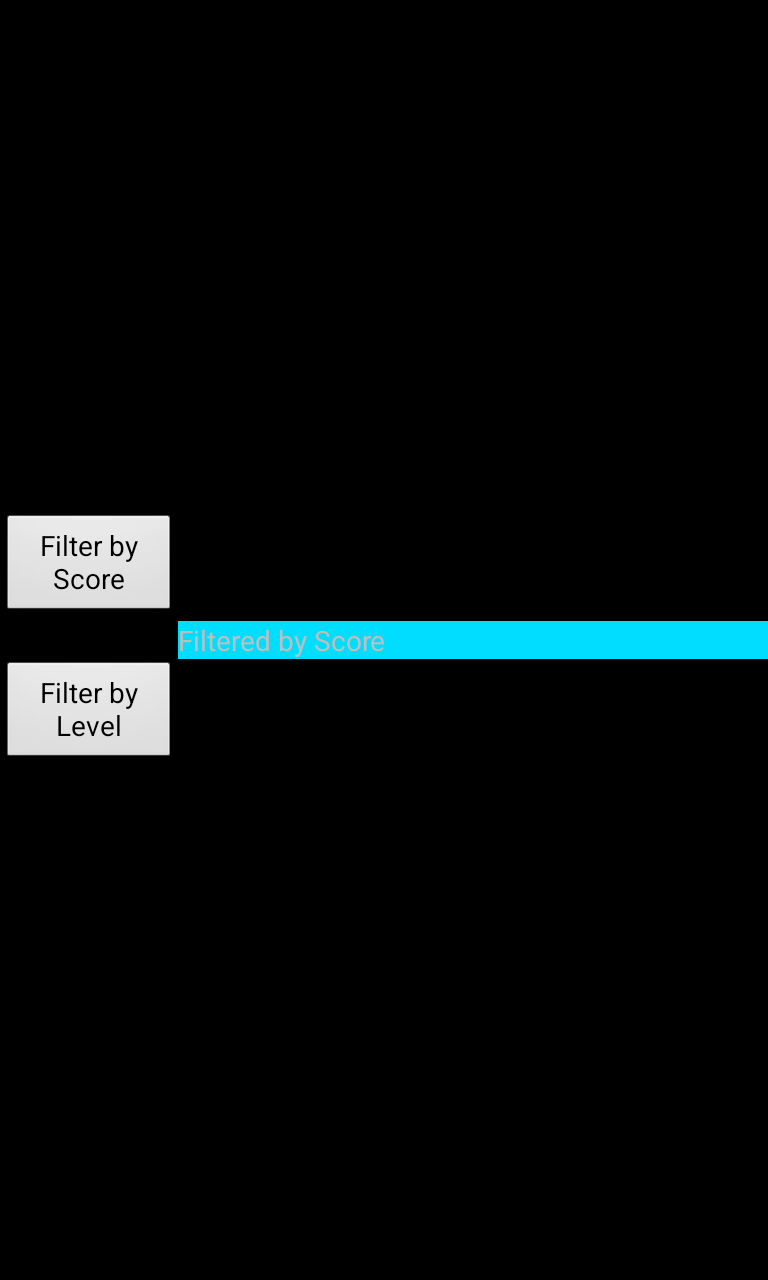
Repository: valleskeyp/IADHub
Layout: MGDGame-android/res/layout/main.xml
These files come from the project's save history. The layout is drawn as it stood at one moment and after the next save; the edit follows.
It is drawn on a 768 x 1280 px phone screen (xhdpi) without system bars, with theme android:Theme.NoTitleBar.Fullscreen; the app's code is not run. Lists and similar views that code fills are empty.

Above is the layout before, as saved 2013-07-29 23:09:46.

### MGDGame-android/res/layout/main.xml
<?xml version="1.0" encoding="utf-8"?>
<LinearLayout xmlns:android="http://schemas.android.com/apk/res/android"
    android:layout_width="fill_parent"
    android:layout_height="fill_parent"
    android:orientation="horizontal" >

	<LinearLayout
	    android:layout_width="wrap_content"
	    android:layout_height="wrap_content"
	    android:orientation="vertical"
	    android:layout_gravity="center_vertical" >

	    <Button
	        android:id="@+id/filterScore"
	        android:layout_marginBottom="20dp"
	        android:layout_width="89dp"
	        android:layout_height="wrap_content"
	        android:text="Filter by Score" />

	    <Button
	        android:id="@+id/filterLevel"
	        android:layout_width="89dp"
	        android:layout_height="wrap_content"
	        android:text="Filter by Level" />
	</LinearLayout>

	<LinearLayout
	    android:layout_width="wrap_content"
	    android:layout_height="wrap_content"
	    android:orientation="vertical"
	    android:layout_gravity="center_vertical" >

	    <TextView
	        android:id="@+id/textView1"
	        android:layout_width="match_parent"
	        android:layout_height="wrap_content"
	        android:text="Filtered by Score"
	        android:background="@android:color/holo_blue_bright" />

	    <ListView
	        android:id="@+id/list_scores"
	        android:layout_width="match_parent"
	        android:layout_height="wrap_content" >
	    </ListView>
	</LinearLayout>

</LinearLayout>

After the next save:
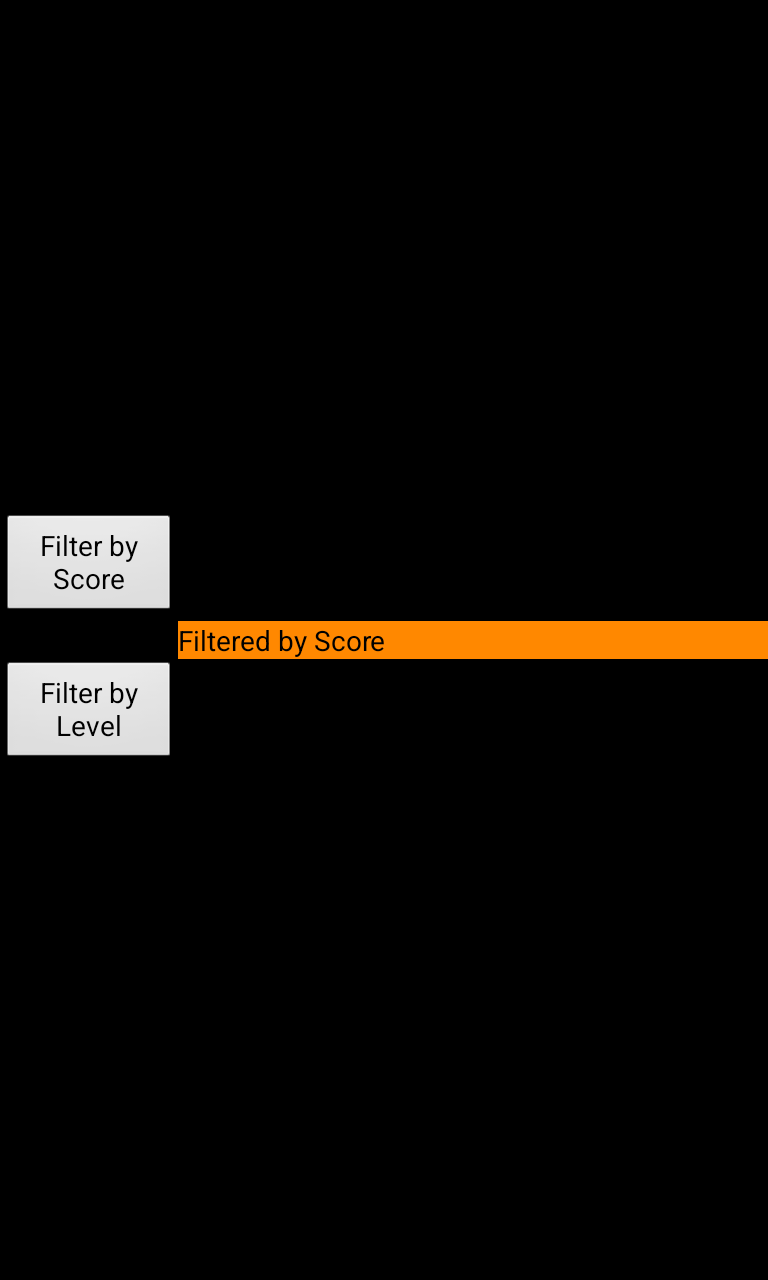
Saved 55 s later.
--- a/MGDGame-android/res/layout/main.xml
+++ b/MGDGame-android/res/layout/main.xml
@@ -35,7 +35,8 @@
 	        android:layout_width="match_parent"
 	        android:layout_height="wrap_content"
 	        android:text="Filtered by Score"
-	        android:background="@android:color/holo_blue_bright" />
+	        android:textColor="@android:color/black"
+	        android:background="@android:color/holo_orange_dark" />
 
 	    <ListView
 	        android:id="@+id/list_scores"
